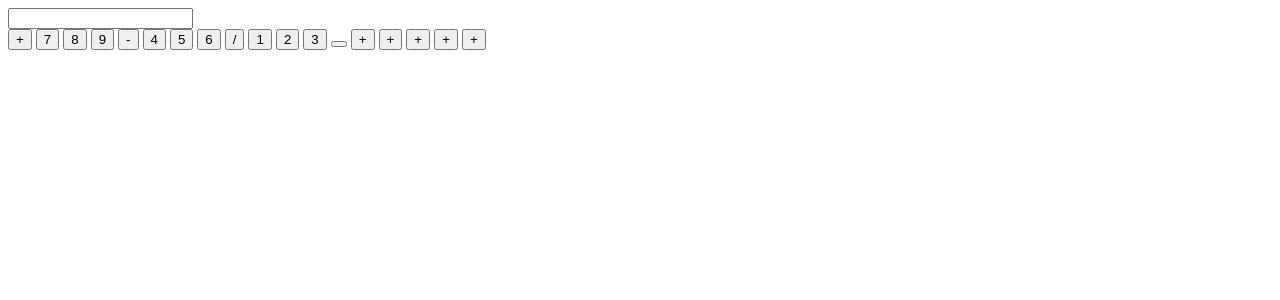
Repository: rkrukshan/JS-Calculator
Page: index.html
The author's editor kept a copy of each file at every save. The page is drawn from the files as they stood at one save, then again after the next save.
The browser window is 1280 px wide. The pictures show the whole page.

Above is the page before, as saved 2024-09-02 13:17:28.

### index.html
<!DOCTYPE html>
<html lang="en">

<head>
    <meta charset="UTF-8">
    <meta name="viewport" content="width=device-width, initial-scale=1.0">
    <title>Document</title>
</head>

<body>
    <div id="calculator">
        <input id="screen" readonly>
        <div class="buttons">
<button onclick="appendScreen('+')">+</button>
<button onclick="appendScreen('7')">7</button>
<button onclick="appendScreen('8')">8</button>
<button onclick="appendScreen('9')">9</button>
<button onclick="appendScreen('-')">-</button>
<button onclick="appendScreen('4')">4</button>
<button onclick="appendScreen('5')">5</button>
<button onclick="appendScreen('6')">6</button>
<button onclick="appendScreen('/')">/</button>
<button onclick="appendScreen('1')">1</button>
<button onclick="appendScreen('2')">2</button>
<button onclick="appendScreen('3')">3</button>
<button onclick="appendScreen('')"></button>
<button onclick="appendScreen('+')">+</button>
<button onclick="appendScreen('+')">+</button>
<button onclick="appendScreen('+')">+</button>
<button onclick="appendScreen('+')">+</button>
<button onclick="appendScreen('+')">+</button>
        </div>
    </div>
</body>

</html>

After the next save:
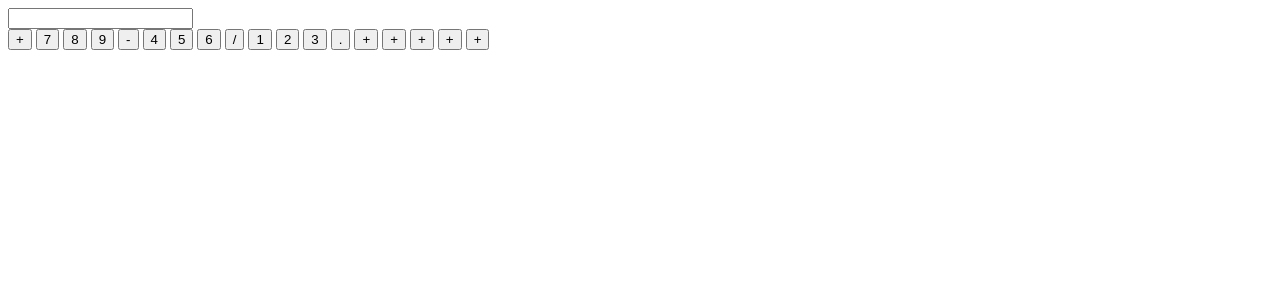
Saved 14 s later.
--- a/index.html
+++ b/index.html
@@ -23,7 +23,7 @@
 <button onclick="appendScreen('1')">1</button>
 <button onclick="appendScreen('2')">2</button>
 <button onclick="appendScreen('3')">3</button>
-<button onclick="appendScreen('')"></button>
+<button onclick="appendScreen('.')">.</button>
 <button onclick="appendScreen('+')">+</button>
 <button onclick="appendScreen('+')">+</button>
 <button onclick="appendScreen('+')">+</button>
